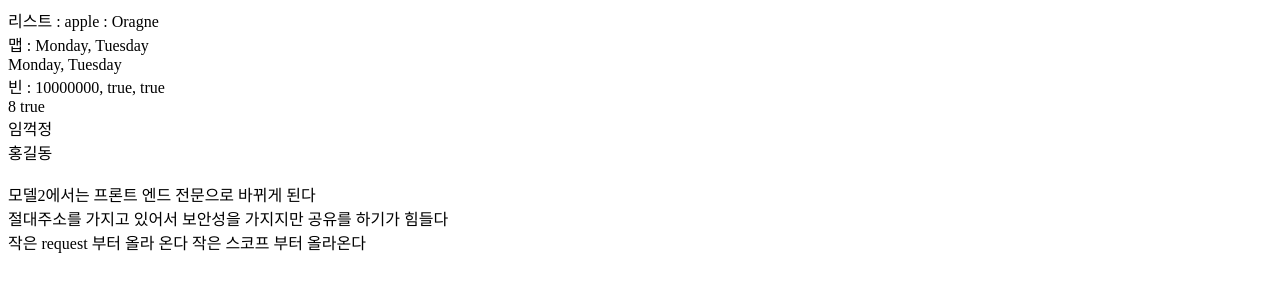
Repository: y2kim/workspace3
Page: http://localhost/WEB_MVC2_JSP_06_04/InputController
These files come from the project's save history. The page is drawn as it stood at one moment and after the next save; the edit follows.
The browser window is 1280 px wide. The pictures show the whole page.
The page is served by Tomcat 9. Other server files are loaded and not shown. Queries for data that is not in the repository find no rows.

Above is the page before, as saved 2018-06-05 01:44:54.

### WEB_MVC2_JSP_06_04/WebContent/infoView.jsp
<%@ page language="java" contentType="text/html; charset=UTF-8"
	pageEncoding="UTF-8"%>
<!DOCTYPE html PUBLIC "-//W3C//DTD HTML 4.01 Transitional//EN" "http://www.w3.org/TR/html4/loose.dtd">
<html>
<head>
<meta http-equiv="Content-Type" content="text/html; charset=UTF-8">
<title>Insert title here</title>
</head>
<body>
	리스트 :  ${list[0] } : ${list[1] } <br>
	맵 :  ${map.one },   ${map.two } <br>
	${map["one"] },   ${map["two"] }  <br>
	빈     : ${car.price}, ${car.carName == "Tico"}, ${car["brand"] != GM} <br>
	${3+5} ${5<10} <Br>
	${name} <Br>
	${sessionScope.name} <br>
	<br>
	모델2에서는 프론트 엔드 전문으로 바뀌게 된다 <br>
	절대주소를 가지고 있어서 보안성을 가지지만 공유를 하기가 힘들다  <br>
	작은 request 부터 올라 온다   작은 스코프 부터 올라온다  <br>
	<script>
	if(${result} >0){
		alert("입력에 성공하였습니다.")
	}else{
		alert("입력에 실패하였습니다.")
	}
	    //location.href="input.html"
		</script>

</body>
</html>

### WEB_MVC2_JSP_06_04/src/controller/InputController.java
package controller;

import java.io.IOException;
import java.util.ArrayList;
import java.util.HashMap;
import java.util.List;
import java.util.Map;

import javax.servlet.RequestDispatcher;
import javax.servlet.ServletException;
import javax.servlet.annotation.WebServlet;
import javax.servlet.http.HttpServlet;
import javax.servlet.http.HttpServletRequest;
import javax.servlet.http.HttpServletResponse;

import dao.DAO;
import kh.web.bean.Car;

@WebServlet("/InputController")
public class InputController extends HttpServlet {

	protected void doGet(HttpServletRequest request, HttpServletResponse response) throws ServletException, IOException {
		try {
		request.setCharacterEncoding("utf8");
		String name = request.getParameter("name");
		String email = request.getParameter("email");
		System.out.println(name+" : "+ email);

		DAO dao = new DAO();
		int result = dao.insertInfo(name, email);


		List<String> list = new ArrayList<>();
		list.add("apple");
		list.add("Oragne");
		////리스트 데이터

		Map<String,String> map = new HashMap<>();
		map.put("one", "Monday");
		map.put("two", "Tuesday");
		map.put("three", "Wednesday");

		Car myCar = new Car();
		myCar.setPrice(10000000);
		myCar.setCarName("Tico");
		myCar.setBrand("GM");
		//map


		request.setAttribute("result", result);
		request.setAttribute("list", list);  // hash map 같은거
		request.setAttribute("map", map);
		request.setAttribute("car", myCar);

		request.setAttribute("name", "임꺽정");
		request.getSession().setAttribute("name", "홍길동");

		RequestDispatcher rd = request.getRequestDispatcher("infoView.jsp");
		rd.forward(request, response);
		}catch (Exception e) {
			e.printStackTrace();
			response.sendRedirect("error.html");
		}
	}

	protected void doPost(HttpServletRequest request, HttpServletResponse response) throws ServletException, IOException {
		doGet(request, response);
	}

}

### WEB_MVC2_JSP_06_04/src/dao/DAO.java
package dao;

import java.sql.Connection;
import java.sql.DriverManager;
import java.sql.PreparedStatement;

public class DAO {
	public Connection dbConnect() throws Exception {
		Class.forName("oracle.jdbc.driver.OracleDriver");
		String DB_URL = "jdbc:oracle:thin:@127.0.0.1:1521:XE";
		String DB_USER = "kh";
		String DB_PASSWORD = "kh";

		return  DriverManager.getConnection(DB_URL, DB_USER, DB_PASSWORD);
	}

	public int insertInfo(String name, String email)throws Exception {
		Connection cons = dbConnect();
		String sql = "insert into info values(info_seq.nextval,?,?)";
		PreparedStatement pst = cons.prepareStatement(sql);
		pst.setString(1,name);
		pst.setString(2,email);
		int result = pst.executeUpdate();
		cons.commit();
		pst.close();
		cons.close();
		return result;
	}

}

### WEB_MVC2_JSP_06_04/src/kh/web/bean/Car.java
package kh.web.bean;

public class Car {
	private int price;
	private String brand;
	private String carName;

	public Car() {
		super();
	}

	public Car(int price, String brand, String carName) {
		this.price = price;
		this.brand = brand;
		this.carName = carName;
	}
	public int getPrice() {
		return price;
	}
	public void setPrice(int price) {
		this.price = price;
	}
	public String getBrand() {
		return brand;
	}
	public void setBrand(String brand) {
		this.brand = brand;
	}
	public String getCarName() {
		return carName;
	}
	public void setCarName(String carName) {
		this.carName = carName;
	}


}

After the next save:
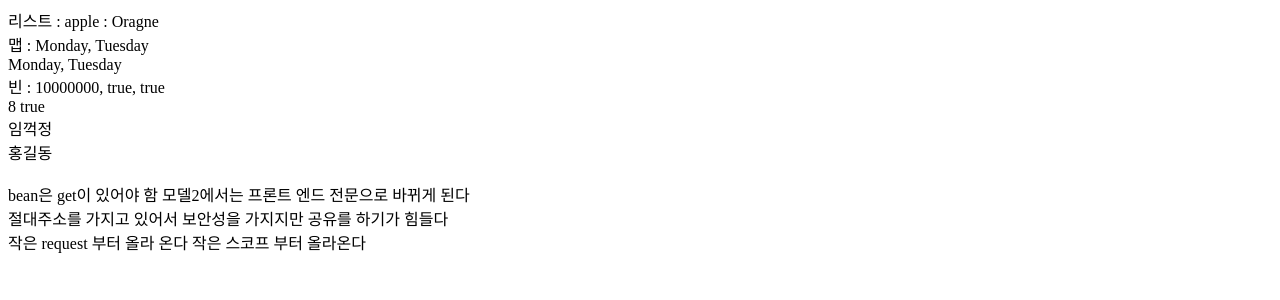
Saved 2 min 40 s later.
--- a/WEB_MVC2_JSP_06_04/WebContent/infoView.jsp
+++ b/WEB_MVC2_JSP_06_04/WebContent/infoView.jsp
@@ -15,6 +15,7 @@
 	${name} <Br>
 	${sessionScope.name} <br>
 	<br>
+	bean은 get이 있어야 함
 	모델2에서는 프론트 엔드 전문으로 바뀌게 된다 <br>
 	절대주소를 가지고 있어서 보안성을 가지지만 공유를 하기가 힘들다  <br>
 	작은 request 부터 올라 온다   작은 스코프 부터 올라온다  <br>
